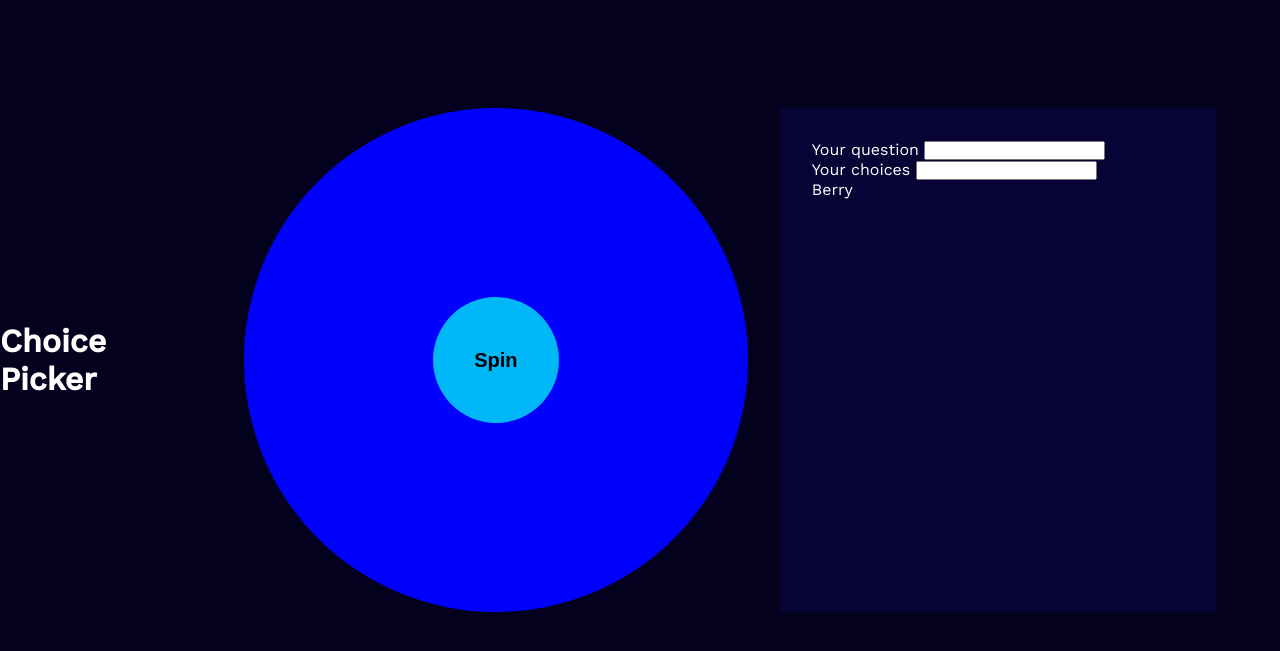
Repository: emiliaiwu/choice_wheel_spinner
Page: index.html
These files come from the project's save history. The page is drawn as it stood at one moment and after the next save; the edit follows.
The browser window is 1280 px wide. The pictures show the whole page.

Above is the page before, as saved 2023-01-09 23:51:26.

### index.html
<!DOCTYPE html>
<html lang="en">
<head>
    <meta charset="UTF-8">
    <meta http-equiv="X-UA-Compatible" content="IE=edge">
    <meta name="viewport" content="width=device-width, initial-scale=1.0">
    <link rel="stylesheet" href="style.css">
    <title>Choice Picker</title>
</head>
<body>
    <header>
        <h1>Choice Picker</h1>
    </header>
    <div class="container">
        <div class="choice_picker_container">
            <div class="choice_picker">
                <div class="circle">
                    <button class="spin">
                        <h2>Spin</h2>
                    </button>
                </div>
            </div>
            <div class="choice_details">
                <div class="question">
                    <label for="question">Your question</label>
                    <input type="text" name="question" id="question">
                </div>
                <div class="make_choices">
                    <label for="choices">Your choices</label>
                    <input type="text" name="choices" id="choices">
                </div>
                <div class="listed_choices">
                    <span class="choice">Berry</span>
                </div>
            </div>
        </div>
        <div class="picked_choice">

        </div>
    </div>
</body>
</html>

### style.css
@import url('https://fonts.googleapis.com/css2?family=Work+Sans:ital,wght@0,400;0,500;1,700&display=swap');

* {
    padding: 0;
    margin: 0;
    box-sizing: border-box;
}


body {
    background-color: rgb(3, 1, 30);
    font-family: 'Work Sans', sans-serif;
    max-width: 100vw;
    min-height: 100vh;
    color: #ffffff;

}

body,
.spin {
    display: flex;
    align-items: center;
    justify-content: center;

}

.container {
    padding: 5%;
}

.container,
.choice_picker {
    width: 100%;
    height: 100%;
}

.choice_picker_container {
    display: flex;
    align-items: flex-start;
    justify-content: space-between;
    gap: 2rem;
}

.circle {
    width: 70vmin;
    height: 70vmin;
    background-color: blue;
    border-radius: 50%;
    position: relative;
}

.spin {
    width: 25%;
    height: 25%;
    background-color: rgba(0, 246,246,0.75);
    position: absolute;
    border-radius: 50%;
    top: 50%;
    left: 50%;
    transform: translate(-50%, -50%);
    outline: none;
    border: none;
}


.choice_details {
    padding: 2rem;
    height: 70vmin;
    width: 90%;
    background-color: rgb(7, 3, 53);

}

After the next save:
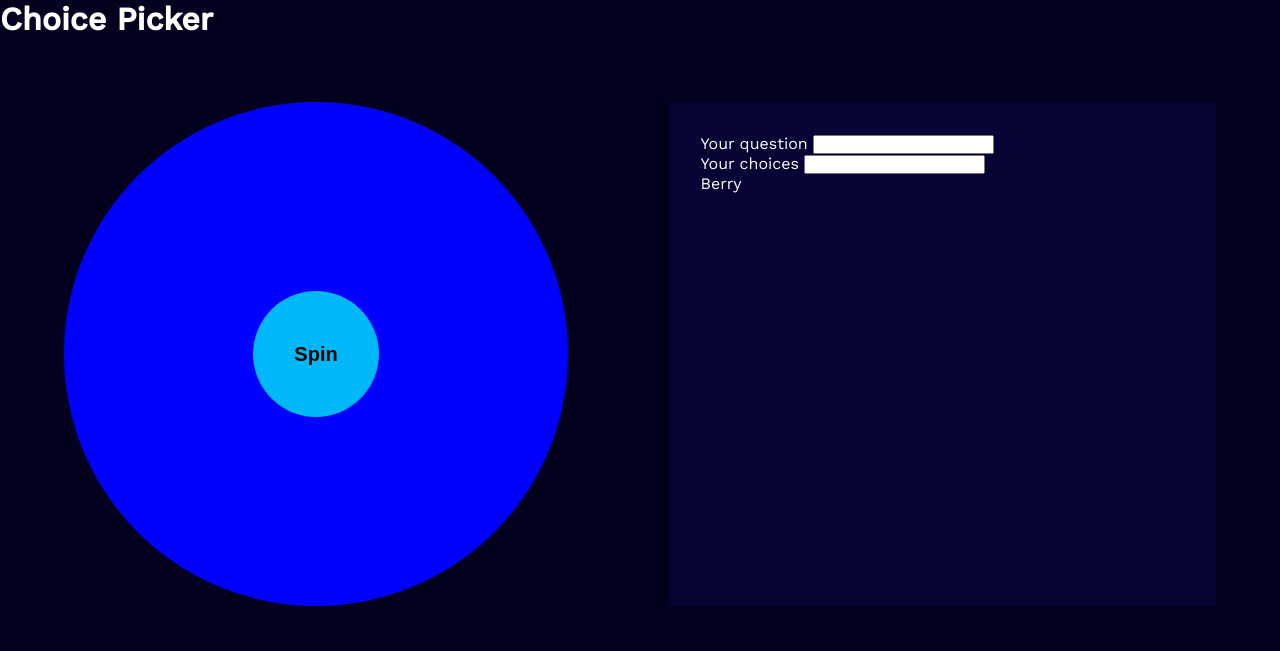
Saved 19 s later.
--- a/style.css
+++ b/style.css
@@ -16,7 +16,7 @@ body {
 
 }
 
-body,
+
 .spin {
     display: flex;
     align-items: center;
